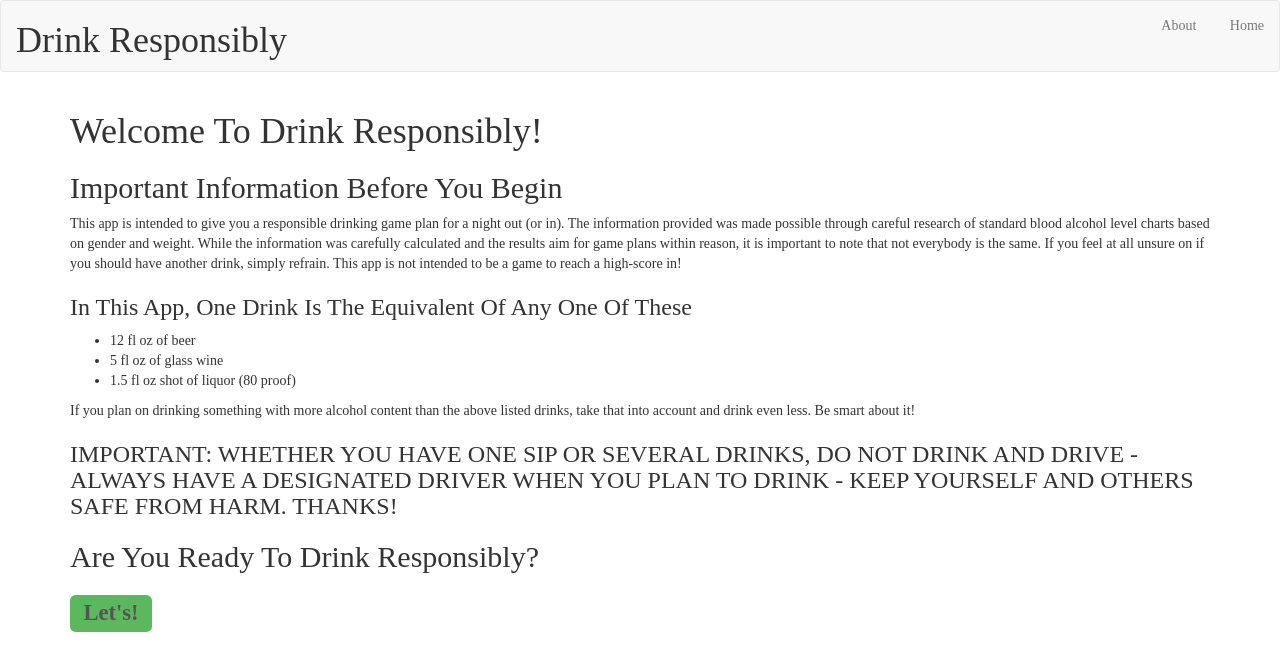
Repository: NatNat180/DrinkResponsibly
Page: http://localhost/DrinkResponsibly/
The author's editor kept a copy of each file at every save. The page is drawn from the files as they stood at one save, then again after the next save.
The browser window is 1280 px wide. The pictures show the whole page.
Some web fonts or font styles are not loaded; a fallback is used. The page is served by Tomcat 9. Other server files are loaded and not shown.

Above is the page before, as saved 2016-04-07 16:39:56.

### DrinkResponsibly/WebContent/WEB-INF/about.jsp
<%@ page language="java" contentType="text/html; charset=UTF-8"
    pageEncoding="ISO-8859-1"%>
<%@ taglib prefix="c" uri="http://java.sun.com/jsp/jstl/core" %>
<!DOCTYPE html>
<html lang="eng">
<head>
<meta http-equiv="Content-Type" content="text/html; charset=UTF-8">
<link rel="stylesheet" type="text/css" href="bootstrap/css/bootstrap.css"/>
<link rel="stylesheet" type="text/css" href="css/style.css"/>
<title>What Is Drink Responsibly?</title>
</head>
<body>
<c:import url="/WEB-INF/navigation.html"/>
<section class="container">
<h1>Welcome To Drink Responsibly!</h1>
<h2>Important Information Before You Begin</h2>
	<p>This app is intended to give you a responsible drinking game plan for a night out
	(or in). The information provided was made possible through careful research of
	standard blood alcohol level charts based on gender and weight. While the
	information was carefully calculated and the results aim for game plans
	within reason, it is important to note that not everybody is the same.
	If you feel at all unsure on if you should have another drink, simply refrain.
	This app is not intended to be a game to reach a high-score in!</p>
	<h3>In This App, One Drink Is The Equivalent Of Any One Of These</h3>
		<ul>
			<li>12 fl oz of beer</li>
			<li>5 fl oz of glass wine</li>
			<li>1.5 fl oz shot of liquor (80 proof)</li>
		</ul>
	<p>If you plan on drinking something with more alcohol content than the above
	listed drinks, take that into account and drink even less. Be smart about it!</p>
	<h3>IMPORTANT: WHETHER YOU HAVE ONE SIP OR SEVERAL DRINKS, DO NOT DRINK AND DRIVE - ALWAYS HAVE A DESIGNATED DRIVER WHEN YOU PLAN TO DRINK -
	KEEP YOURSELF AND OTHERS SAFE FROM HARM. THANKS!</h3>
<h2>Are You Ready To Drink Responsibly?</h2>
	<h2><span class="label label-success"><a href="form">Let's!</a></span></h2>
</section>
</body>
</html>

### DrinkResponsibly/WebContent/WEB-INF/navigation.html
<nav class="navbar navbar-default" role="navigation">
	<div class="container-fluid">
		<div class="navbar-header">
		  <h1  class="nav-title">Drink Responsibly</h1>
		</div>
		<ul class="nav navbar-nav navbar-right">
			<li id="right"><a href="">&nbsp;About</a>
			<li id="right"><a href="form">&nbsp;Home</a>
		</ul>
	</div>
	</nav>
	<!--<nav class="nav-tabs" role="navigation">
	<h1  class="nav-title">Drink Responsibly</h1>
		<ul class="nav navbar-nav navbar-right">
			<li id="right"><a href="">&nbsp;About</a>
			<li id="right"><a href="form">&nbsp;Home</a>
		</ul>
	</nav>-->

### DrinkResponsibly/src/com/application/Home.java
package com.application;

import java.io.IOException;
import javax.servlet.ServletException;
import javax.servlet.annotation.WebServlet;
import javax.servlet.http.HttpServlet;
import javax.servlet.http.HttpServletRequest;
import javax.servlet.http.HttpServletResponse;

@WebServlet("")
public class Home extends HttpServlet {
	private static final long serialVersionUID = 1L;

    public Home() {
        super();

    }

	protected void doPost(HttpServletRequest request, HttpServletResponse response) throws ServletException, IOException {

		doGet(request, response);
	}

	protected void doGet(HttpServletRequest request, HttpServletResponse response) throws ServletException, IOException {

			request.getServletContext().getRequestDispatcher("/WEB-INF/about.jsp").forward(request, response);

	}

}

### DrinkResponsibly/WebContent/css/style.css
@import url(https://fonts.googleapis.com/css?family=Fjalla+One|Poiret+One|Bitter|Arvo|Amatic+SC:400,700);

/*
font-family: 'Fjalla One', sans-serif;
font-family: 'Poiret One', cursive;
font-family: 'Bitter', serif;
font-family: 'Arvo', serif;
font-family: 'Amatic SC', cursive;
*/

h1 {font-family: 'Poiret One', cursive;}
body {font-family: 'Arvo', serif;}
.center-text {text-align:center;}

a {
	color: #555555;
}

a:hover{
	text-decoration: none;
}

form p {
	margin-top: 5px;
	margin-bottom: 5px;
}

Loaded but not shown: DrinkResponsibly/WebContent/bootstrap/css/bootstrap.css (library)

After the next save:
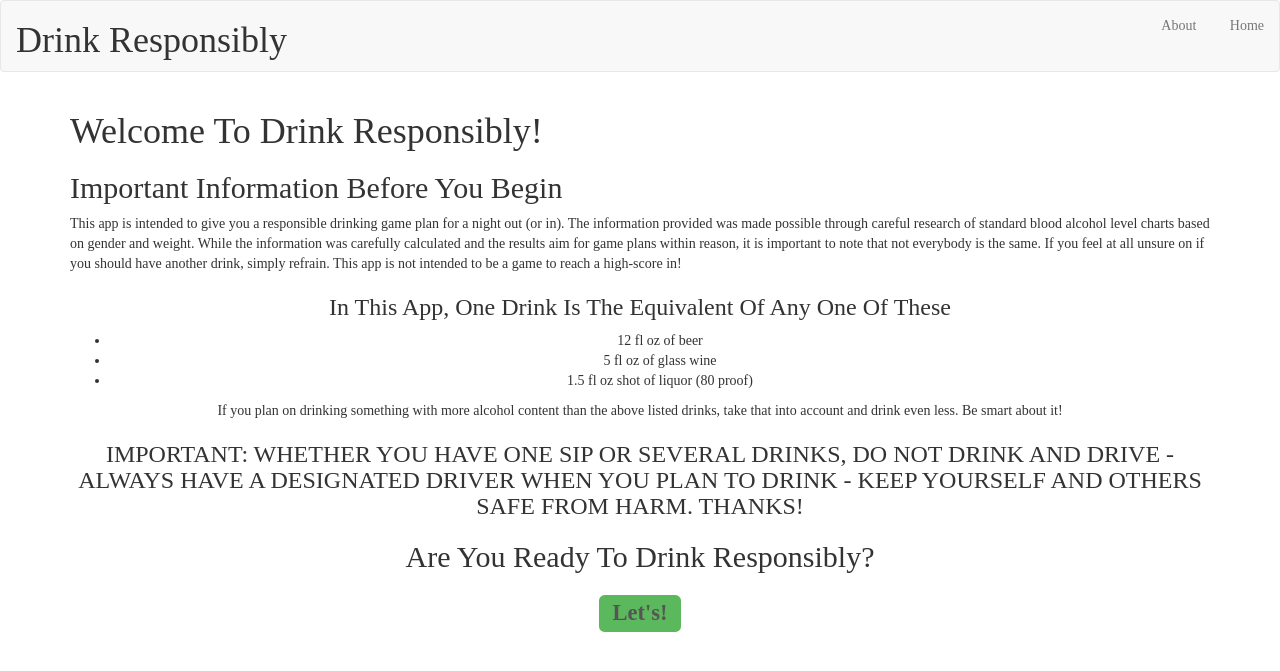
Saved 57 s later.
--- a/DrinkResponsibly/WebContent/WEB-INF/about.jsp
+++ b/DrinkResponsibly/WebContent/WEB-INF/about.jsp
@@ -21,6 +21,7 @@
 	within reason, it is important to note that not everybody is the same.
 	If you feel at all unsure on if you should have another drink, simply refrain.
 	This app is not intended to be a game to reach a high-score in!</p>
+<div class="center-text">
 	<h3>In This App, One Drink Is The Equivalent Of Any One Of These</h3>
 		<ul>
 			<li>12 fl oz of beer</li>
@@ -33,6 +34,7 @@
 	KEEP YOURSELF AND OTHERS SAFE FROM HARM. THANKS!</h3>
 <h2>Are You Ready To Drink Responsibly?</h2>
 	<h2><span class="label label-success"><a href="form">Let's!</a></span></h2>
+</div><!-- end text center -->
 </section>
 </body>
 </html>
